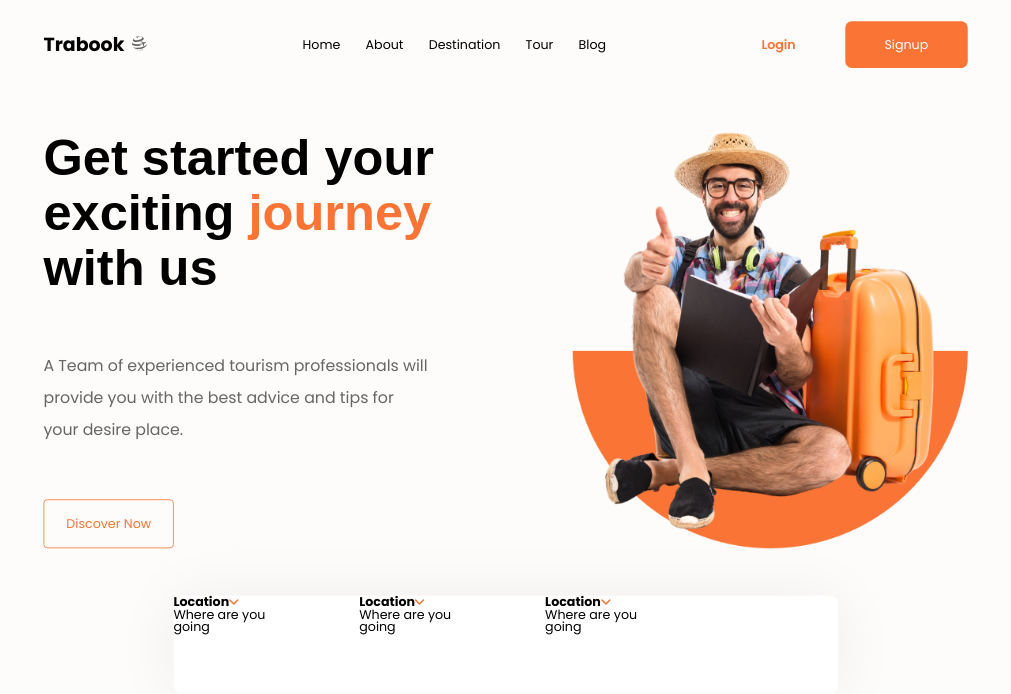
Repository: phobo99/phobo99.github.io
Page: Trabook/index.html
The author's editor kept a copy of each file at every save. The page is drawn from the files as they stood at one save, then again after the next save.
The browser window is 1280 px wide. The pictures show the whole page, at 79% of full size.
Some web fonts or font styles are not loaded; a fallback is used. Some web libraries are served in a nearby version. The style sheet was rebuilt from its Sass, Less or Tailwind sources for each picture, by a compiler version that may differ from the author's.

Above is the page before, as saved 2022-06-18 22:56:30.

### Trabook/index.html
<!DOCTYPE html>
<html lang="en">

<head>
    <meta charset="UTF-8">
    <meta http-equiv="X-UA-Compatible" content="IE=edge">
    <meta name="viewport" content="width=device-width, initial-scale=1.0">
    <title>Responsive</title>
    <link
        href="https://fonts.googleapis.com/css2?family=Poppins:wght@300;400;500;600;700&family=Volkhov:wght@400;700&display=swap"
        rel="stylesheet">
    <link rel="stylesheet" href="https://cdnjs.cloudflare.com/ajax/libs/font-awesome/6.1.1/css/all.min.css"
        integrity="sha512-KfkfwYDsLkIlwQp6LFnl8zNdLGxu9YAA1QvwINks4PhcElQSvqcyVLLD9aMhXd13uQjoXtEKNosOWaZqXgel0g=="
        crossorigin="anonymous" referrerpolicy="no-referrer" />

    <link rel="stylesheet" href="reset.css">
    <link rel="stylesheet" href="style.css">
</head>

<body>
    <div class="container-fluid">
        <header class="header container">
            <div class="nav-bar">
                <div class="logo">
                    <span class="text-logo">Trabook</span>
                    <svg width="19" height="19" viewBox="0 0 19 19" fill="none" xmlns="http://www.w3.org/2000/svg">
                        <path
                            d="M1.64111 4.96058C1.79426 4.76583 1.99595 4.50221 2.15747 4.31379C2.6412 3.79446 2.70397 3.72638 3.14417 3.34242C3.27473 3.24108 3.42956 3.11917 3.58103 3.00437C2.46378 3.89896 2.32151 4.88933 3.3467 5.50129C3.34503 5.50129 3.34503 5.50129 3.34503 5.50287C4.77863 6.31987 7.92034 6.14333 10.3992 5.09675C12.8003 4.08342 13.6865 2.63388 12.5015 1.77254C11.4612 1.58808 10.221 1.56671 8.90871 1.73296L8.7723 1.52L8.88528 1.16692C9.6569 1.10121 10.39 1.11704 11.0227 1.21917C11.1759 1.24371 11.3776 1.28567 11.5282 1.31575C11.8194 1.38304 11.9776 1.42342 12.1676 1.48121C12.3617 1.53583 12.5274 1.59046 12.8162 1.69179C13.099 1.79708 13.2212 1.84458 13.448 1.95146C13.702 2.06108 13.9488 2.18506 14.187 2.32275C16.0751 3.44612 14.9009 5.49575 11.5692 6.90017C8.24673 8.29983 4.01287 8.51992 2.11563 7.41C2.11479 7.40842 2.11228 7.40683 2.10726 7.40525H2.11061C1.07453 6.78458 0.965735 5.88367 1.64111 4.96058ZM10.2854 12.8139L10.2586 11.552L9.31042 10.5545C6.17792 11.2258 3.09898 11.0817 1.38669 10.1278C1.38084 10.1215 1.36661 10.1151 1.36075 10.1088C0.391624 9.54433 0.152272 8.816 0.225082 8.02433C-0.00171646 9.18254 -0.0201282 9.60054 0.0125108 10.5917C0.0526817 11.2124 0.431795 11.7847 1.19421 12.236L1.20007 12.2423C3.02533 13.3158 6.82819 13.5486 10.2854 12.8139ZM14.2397 14.2587C9.81842 15.9362 4.28486 16.0352 1.8813 14.4827C2.14087 15.0828 2.49406 15.6427 2.92909 16.1437C5.13515 17.5687 10.2143 17.4776 14.2707 15.9378C16.645 15.0377 18.143 13.8399 18.5364 12.7173L18.6468 12.3793C18.9088 11.5227 18.9582 10.8094 19 10.1745C18.9523 11.5528 17.2358 13.1203 14.2397 14.2587ZM4.47986 17.4895C4.61878 17.6146 5.05564 18.122 7.26923 18.6825C7.86761 18.8076 9.37402 19.209 12.1567 18.6255L12.1734 18.3857L11.9533 18.0595C9.37151 18.6374 6.50347 18.4442 4.47986 17.4895ZM10.8687 7.50737L13.2196 9.19283C13.2196 9.19283 13.7225 9.53563 13.248 9.77629C12.7752 10.0146 11.5608 10.598 11.5608 10.598L10.3616 10.1745L9.75983 10.4278L10.821 11.2995L10.8294 12.6556L11.4529 12.3935L11.8663 11.248C11.8663 11.248 13.1359 10.7857 13.6397 10.6115C14.146 10.4413 14.0782 11.024 14.0782 11.024L13.8288 13.8035L14.6573 13.4552L16.0215 9.70504C16.0215 9.70504 16.7446 9.37254 17.2534 9.08042C17.7614 8.78829 17.9355 8.30379 17.9355 8.30379C17.9355 8.30379 17.44 8.10192 16.8693 8.26421C16.2985 8.42492 15.5545 8.7115 15.5545 8.7115L11.6947 7.16062L10.8687 7.50737ZM5.89505 2.17471L7.49101 3.37725L7.92703 3.3155L7.05833 2.23646C7.05833 2.23646 6.8692 2.01321 7.12361 1.96017C7.3797 1.90633 8.02746 1.78125 8.02746 1.78125L8.51453 2.14937L8.8426 2.10346L8.47101 1.54454L8.66685 0.924667L8.34966 0.968208L7.9739 1.44004C7.9739 1.44004 7.31443 1.49862 7.05499 1.51921C6.79388 1.53821 6.90602 1.273 6.90602 1.273L7.40648 0L6.96795 0.0609583L5.81303 1.65142C5.81303 1.65142 5.42806 1.71792 5.14938 1.79313C4.86985 1.86754 4.72256 2.07179 4.72256 2.07179C4.72256 2.07179 4.9276 2.22854 5.21633 2.223C5.50757 2.21746 5.89505 2.17471 5.89505 2.17471ZM13.7828 17.6265L12.7501 17.1158L12.5124 17.1942L13.1242 17.712C13.1242 17.712 13.2547 17.8172 13.1175 17.8735C12.9802 17.9289 12.6304 18.065 12.6304 18.065L12.3417 17.9431L12.1701 18.0017L12.4103 18.244L12.3868 18.5978L12.5659 18.5392L12.6998 18.2519C12.6998 18.2519 13.0631 18.1497 13.2078 18.1133C13.3518 18.0761 13.3192 18.236 13.3192 18.236L13.1827 19L13.4213 18.9216L13.8891 17.9115C13.8891 17.9115 14.0958 17.8347 14.2439 17.7642C14.3921 17.6937 14.4506 17.5639 14.4506 17.5639C14.4506 17.5639 14.3192 17.4958 14.1569 17.5299C13.9937 17.5623 13.7828 17.6265 13.7828 17.6265Z"
                            fill="#666666" />
                    </svg>
                </div>
                <div class="menu-list">
                    <ul class="menu">
                        <li>Home</li>
                        <li>About</li>
                        <li>Destination</li>
                        <li>Tour</li>
                        <li>Blog</li>
                    </ul>
                </div>
                <div class="nav-login">
                    <span class="login">Login</span>
                    <span class="sign-up">Signup</span>
                </div>
            </div>
            <div class="content">
                <div class="content-left">
                    <h1 class="header-content">Get started your exciting <span class="text-org">journey</span> with us
                    </h1>
                    <span class="desc-content">A Team of experienced tourism professionals will provide you with the
                        best advice and tips for
                        your desire place. </span>
                    <div class="content-button">
                        Discover Now
                    </div>
                </div>
                <div class="content-right">
                    <img src="./img/people-01.png" alt="" class="img-people">
                </div>
            </div>
            <div class="search-bar">
                <div class="list-search">
                    <div class="item-search">
                        <div class="title-item">
                            <p>Location</p>
                            <svg width="12" height="8" viewBox="0 0 12 8" fill="none"
                                xmlns="http://www.w3.org/2000/svg">
                                <path d="M1 1.5L6 6.5L11 1.5" stroke="#FA7436" stroke-width="2" stroke-linecap="round"
                                    stroke-linejoin="round" />
                            </svg>
                        </div>
                        <div class="desc-item">
                            Where are you going
                        </div>
                    </div>
                    <div class="item-search">
                        <div class="title-item">
                            <p>Location</p>
                            <svg width="12" height="8" viewBox="0 0 12 8" fill="none"
                                xmlns="http://www.w3.org/2000/svg">
                                <path d="M1 1.5L6 6.5L11 1.5" stroke="#FA7436" stroke-width="2" stroke-linecap="round"
                                    stroke-linejoin="round" />
                            </svg>
                        </div>
                        <div class="desc-item">
                            Where are you going
                        </div>
                    </div>
                    <div class="item-search">
                        <div class="title-item">
                            <p>Location</p>
                            <svg width="12" height="8" viewBox="0 0 12 8" fill="none"
                                xmlns="http://www.w3.org/2000/svg">
                                <path d="M1 1.5L6 6.5L11 1.5" stroke="#FA7436" stroke-width="2" stroke-linecap="round"
                                    stroke-linejoin="round" />
                            </svg>
                        </div>
                        <div class="desc-item">
                            Where are you going
                        </div>
                    </div>
                </div>
            </div>
        </header>
    </div>
</body>

</html>

### Trabook/style.scss
$bg-color: #fefcfb;
$bg-second: #f7f8fc;
$primary-color: #fa7436;
$header-color: #222;
$gray-color: #666666;

@mixin size($width, $height: $width) {
  width: $width;
  height: $height;
}
@mixin flexbox(
  $align: flex-start,
  $justify: flex-start,
  $flex-direction: row,
  $wrap: nowrap
) {
  display: flex;
  align-items: $align;
  justify-content: $justify;
  flex-direction: $flex-direction;
  flex-wrap: $wrap;
}
html {
  font-size: 62.5%;
}
* {
  box-sizing: border-box;
}
body {
  font-size: 1.6rem;
  font-family: "Poppins", sans-serif;
  font-weight: normal;
  background-color: #fefcfb;
}

a {
  text-decoration: none;
}

img {
  display: block;
  max-width: 100%;
}
h1 {
  font-family: "Volkhov", sans-serif;
  font-weight: 700;
  font-size: 64px;
  line-height: 70px;
}
.container-fluid {
  .container {
    max-width: 1170px;
    margin: 0 auto;
  }
  .text-org {
    color: $primary-color;
  }
  .desc-content {
    color: $gray-color;
    line-height: 2;
    font-size: 20px;
  }
  .header {
    .nav-bar {
      display: flex;
      @include size(100%, 114px);
      align-items: center;
      justify-content: space-between;
      .logo {
        display: flex;
        cursor: pointer;
        .text-logo {
          font-size: 24px;
          font-weight: bold;
          margin-right: 10px;
        }
      }
      .menu-list {
        .menu {
          @include flexbox(stretch, space-between);
          gap: 32px;
          li {
            cursor: pointer;
          }
        }
      }
      .nav-login {
        .login {
          font-size: 16px;
          font-weight: 600;
          color: $primary-color;
          cursor: pointer;
        }
        .sign-up {
          padding: 18px 50px;
          background-color: $primary-color;
          border-radius: 8px;
          color: white;
          margin-left: 58px;
          cursor: pointer;
          &:hover {
            opacity: 0.8;
            transition: all 0.2s linear;
          }
        }
      }
    }
    .content {
      @include size(100%, 530px);
      @include flexbox(stretch, space-between);
      margin-top: 50px;
      .content-left {
        @include flexbox(stretch, space-between, column);
        @include size(490px, auto);
        .header-content {
          width: 521px;
        }
        .content-button {
          width: fit-content;
          padding: 22px 28px;
          border: 1px solid $primary-color;
          border-radius: 5px;
          color: $primary-color;
        }
      }
      .content-right {
      }
    }
    .search-bar {
      background-color: white;
      width: 841px;
      height: 124px;
      margin: 0 auto;
      margin-top: 6rem;
      box-shadow: 0px 2px 80px 2px rgba(0, 0, 0, 0.06);
      border-radius: 10px;
      .list-search {
        display: grid;
        grid-template-columns: repeat(4, 1fr);
        gap: 100px;
        .item-search {
          display: flex;
          flex-direction: column;
          .title-item {
            width: fit-content;
            display: flex;
            justify-content: center;
            align-items: center;
            font-weight: bold;
          }
          .desc-item {
          }
        }
      }
    }
  }
}
@media screen and (min-width: 768px) {
}
@media screen and (max-width: 767px) {
}

Loaded but not shown: Trabook/reset.css (common file)

After the next save:
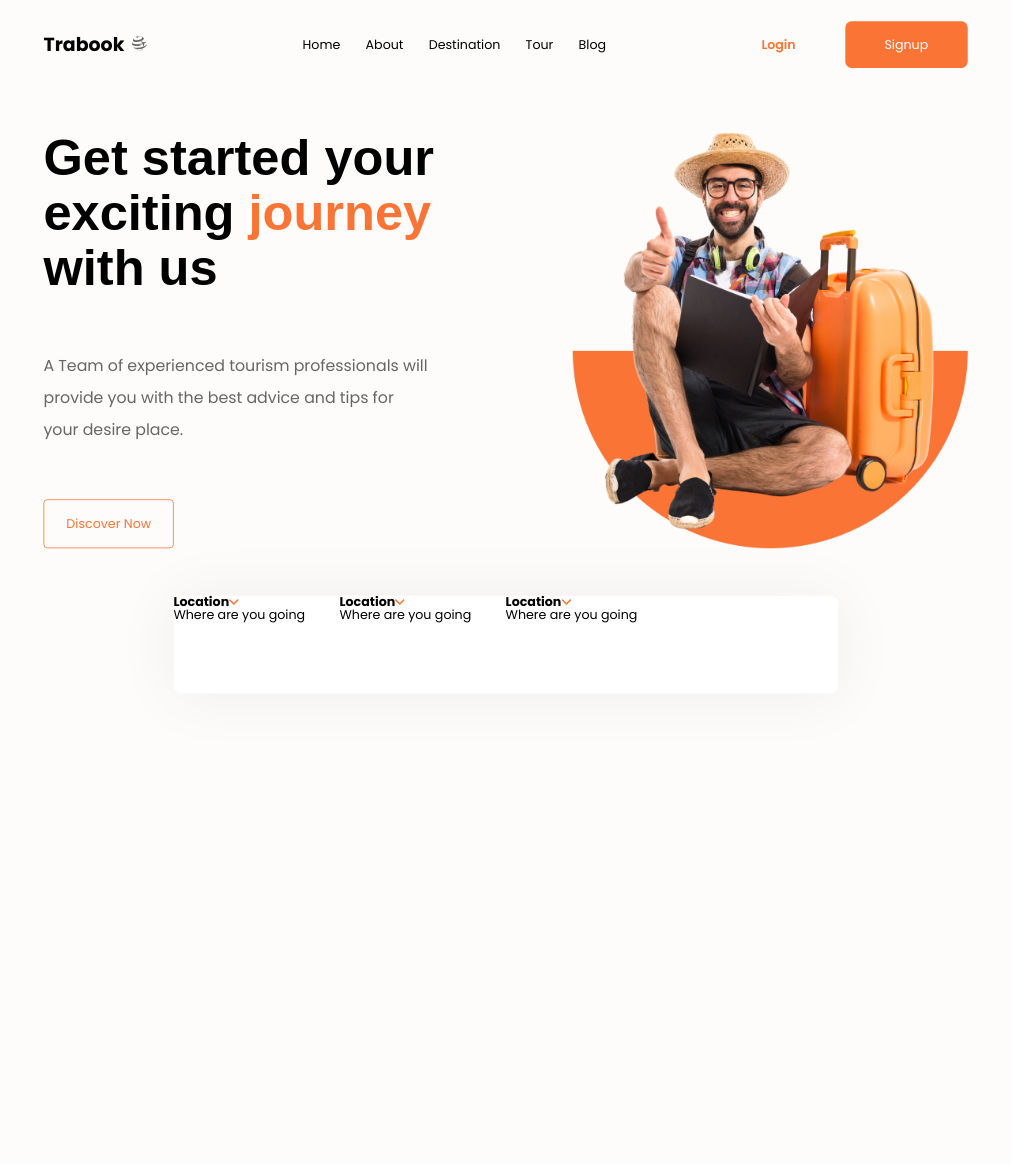
Saved 25 s later.
--- a/Trabook/style.scss
+++ b/Trabook/style.scss
@@ -137,7 +137,7 @@ h1 {
       .list-search {
         display: grid;
         grid-template-columns: repeat(4, 1fr);
-        gap: 100px;
+        grid-template-rows: 100vh;
         .item-search {
           display: flex;
           flex-direction: column;
